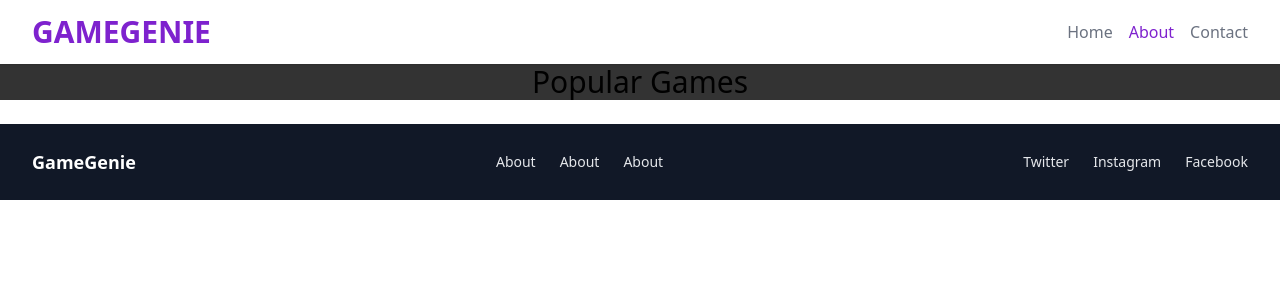
Repository: mfaeezshabbir/Gamegenie
Page: /allGames
An editor plug-in stored every save of this project. The page is shown before and after a run of saves, followed by the edit.
The browser window is 1280 px wide. The pictures show the whole page.
The page's requests for data from a server got no answer. The project was rebuilt for these pictures with package versions that can differ from the ones it lists, and the page was loaded fresh each time. The framework's server and built-in components were replaced by stand-ins that run in the browser. No one was signed in, and anything a server would have sent is missing. Also part of the build but not shown: next.config.js, components/GameCard/GameCard.jsx.

Above is the page before, as saved 2023-04-18 13:01:50.

After the next 2 saves:
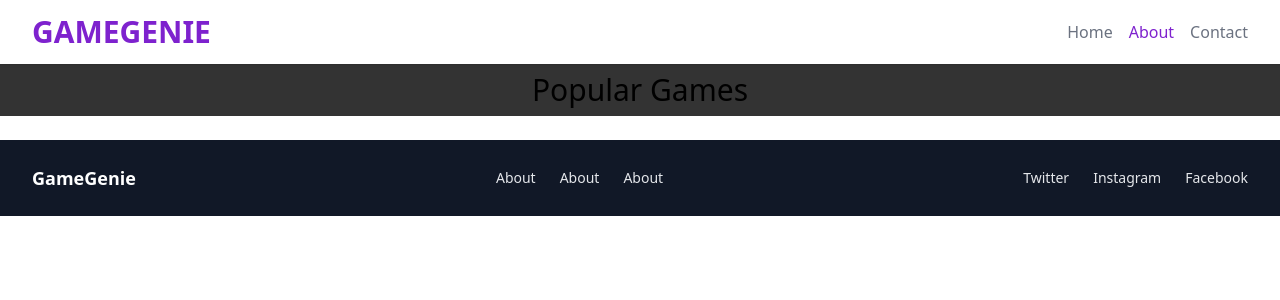
The 2 saves are shown as one change because they came seconds apart.
The last was saved 17 s later.
--- a/pages/allGames.jsx
+++ b/pages/allGames.jsx
@@ -18,7 +18,7 @@ export default function Home() {
 
   return (
     <div className="justify-center items-center" >
-      <h1 className="text-3xl text-center bg-[#333]" >Popular Games</h1><br />
+      <h1 className="text-3xl text-center bg-[#333] p-2" >Popular Games</h1><br />
       <div className="grid grid-cols-1 sm:grid-cols-2 lg:grid-cols-3 gap-4">
         {games.map((game) => (
           <GameCard key={game.name} game={game} />
